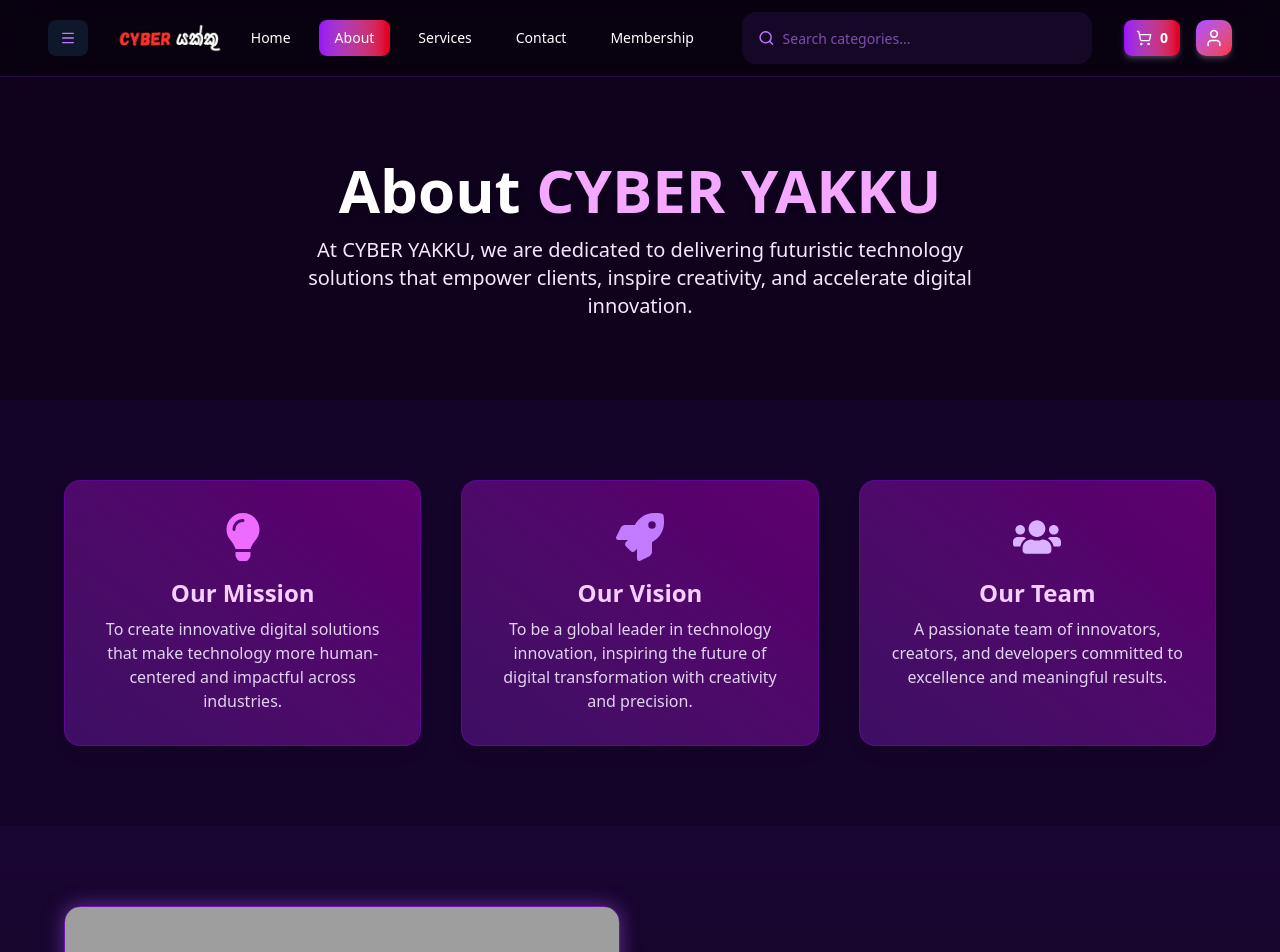
Repository: chamodya-hirusha/mta_sa_cyber_yakku_web
Page: /about
These files come from the project's save history. The page is drawn as it stood at one moment and after the next save; the edit follows.
The browser window is 1280 px wide. The pictures show the part of the page from y = 0 to 952 px (the page is 2119 px tall).
Pictures or frames that could not be fetched are drawn as grey boxes. The project was rebuilt for these pictures with package versions that can differ from the ones it lists, and the page was loaded fresh each time. The framework's server and built-in components were replaced by stand-ins that run in the browser. Also part of the build but not shown: next.config.mjs, components/user/UserProfileSection.jsx, components/navigation/NavigationLinks.jsx, components/ui/dialog.jsx, components/LoginPopup.jsx. Imported but missing from the stored project, and not drawn on this page: components/AdditionalMenu, components/SideNavHeader.

Above is the page before, as saved 2025-10-19 13:31:56.

After the next save:
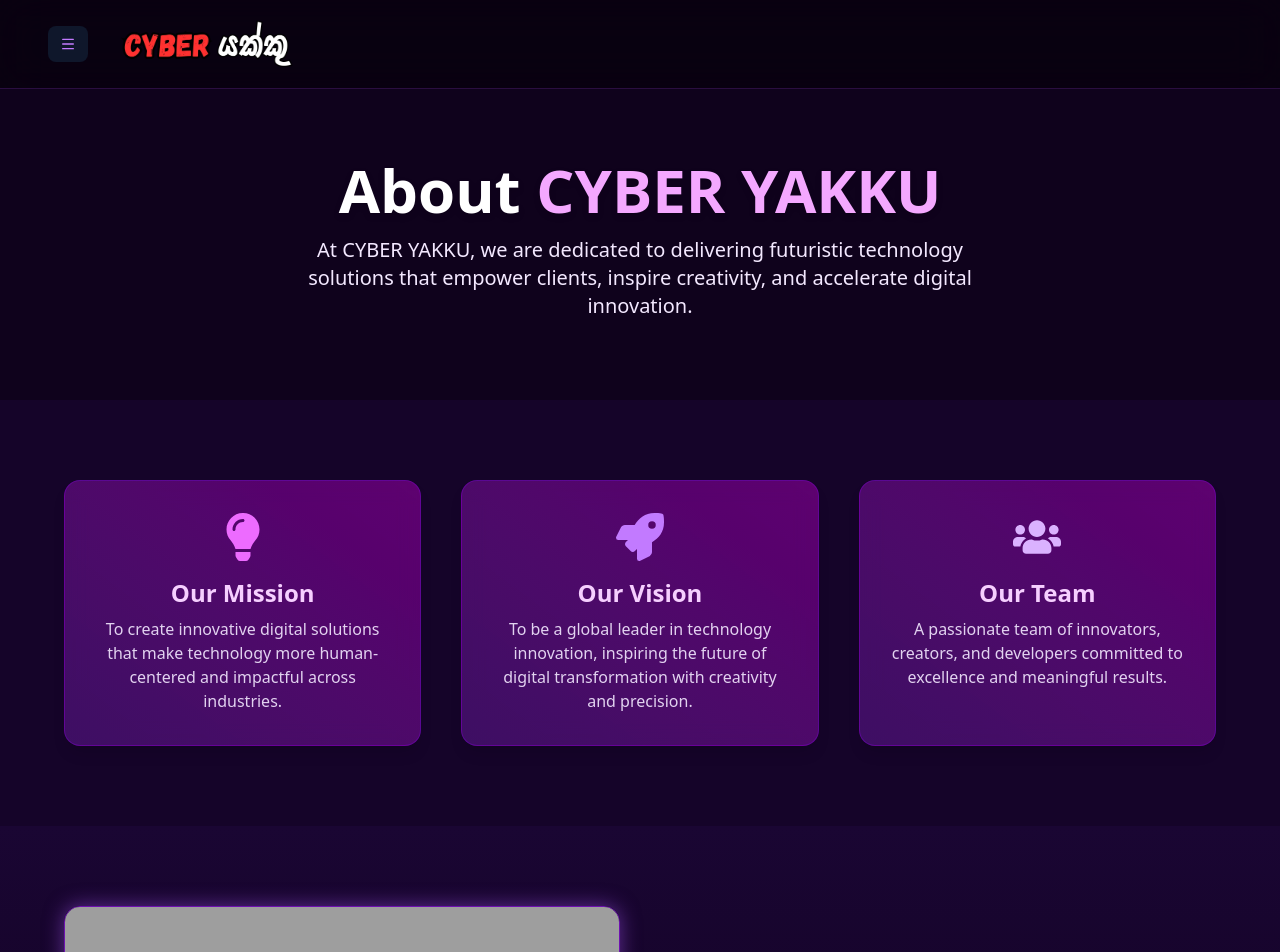
Saved 58 s later.
--- a/components/HeaderBar.jsx
+++ b/components/HeaderBar.jsx
@@ -48,7 +48,7 @@
         </div>
 
         {/* Desktop Navigation - Hidden on mobile */}
-        <div className="hidden md:flex items-center gap-4 lg:gap-6 xl:gap-8">
+        <div className="hidden items-center gap-4 lg:gap-6 xl:gap-8">
           {/* HeaderNav Tabs */}
           <Nav />
 

After the 5 saves that followed:
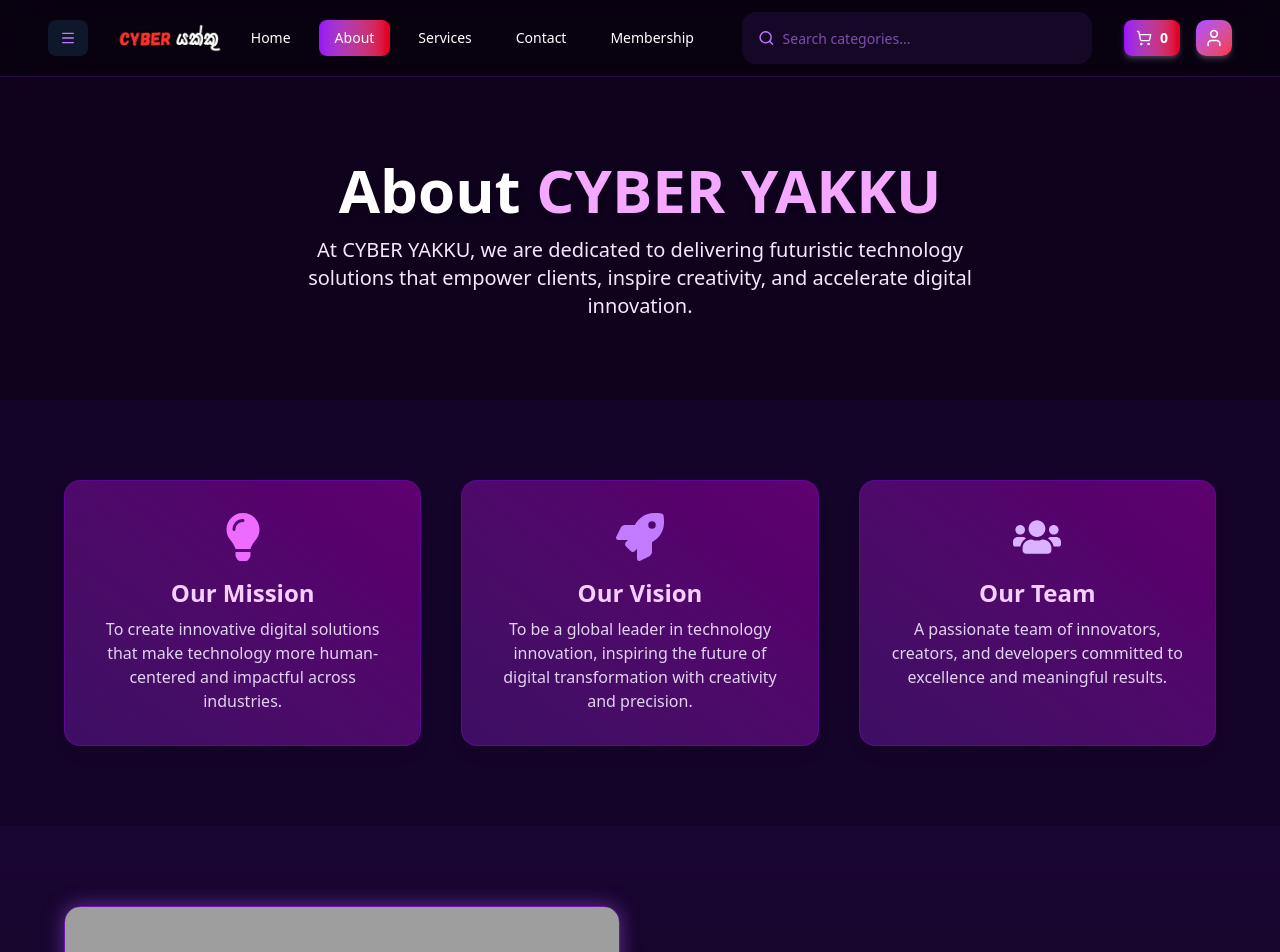
The 5 saves are shown as one change because 1 left the picture as it was and some came seconds apart.
The last was saved 45 s later.
--- a/components/HeaderBar.jsx
+++ b/components/HeaderBar.jsx
@@ -48,7 +48,7 @@
         </div>
 
         {/* Desktop Navigation - Hidden on mobile */}
-        <div className="hidden items-center gap-4 lg:gap-6 xl:gap-8">
+        <div className="hidden md:flex items-center gap-4 lg:gap-6 xl:gap-8">
           {/* HeaderNav Tabs */}
           <Nav />
 
